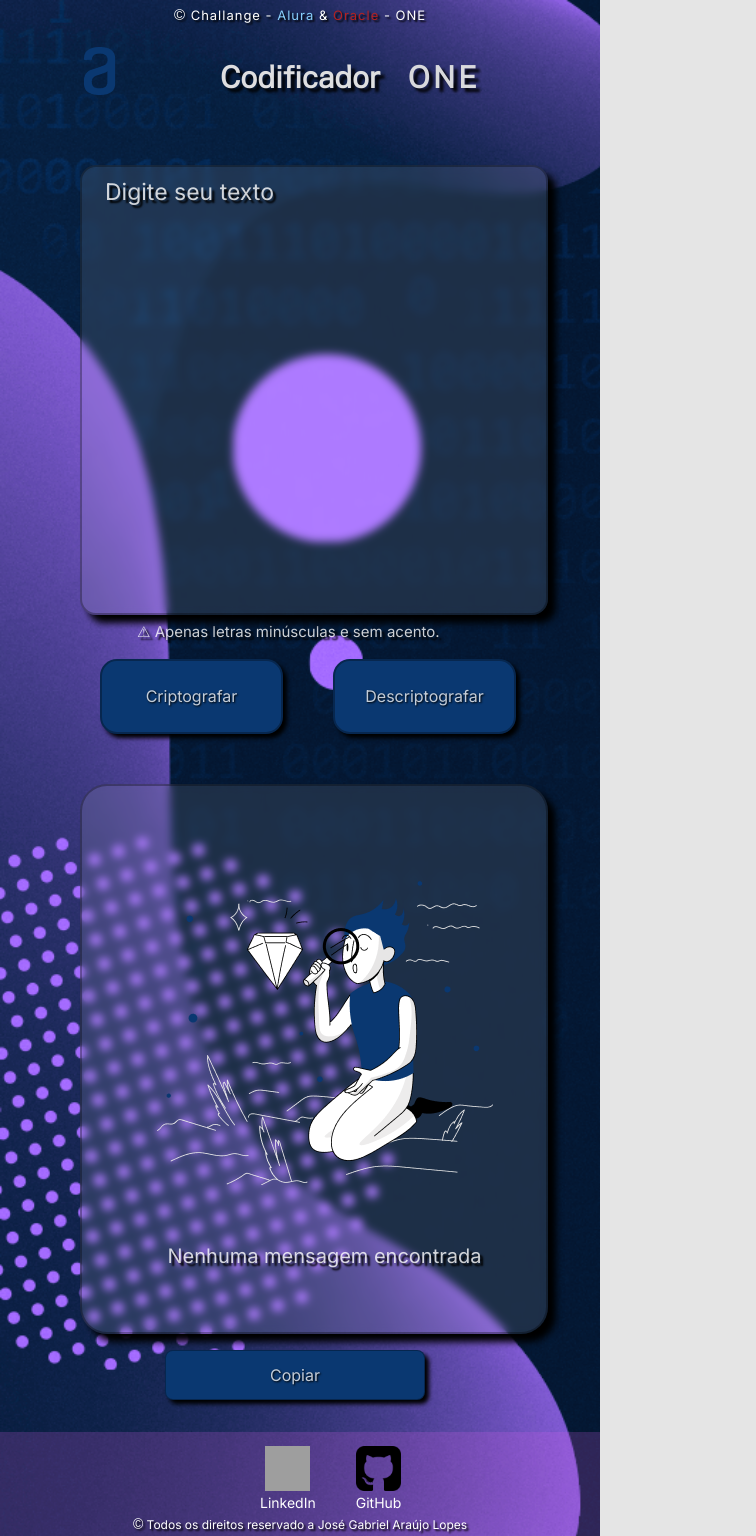
Repository: GabbrielLopes/Decodificador-ONE-Challange-Alura
Page: index.html
These files come from the project's save history. The page is drawn as it stood at one moment and after the next save; the edit follows.
The browser window is 600 px wide. The page is 600 px wide, then 756 px, so the pictures cover 756 px, including what lies to the right of the window. The pictures show the whole page.
Pictures or frames that could not be fetched are drawn as grey boxes.

Above is the page before, as saved 2022-05-11 22:42:08.

After the next save:
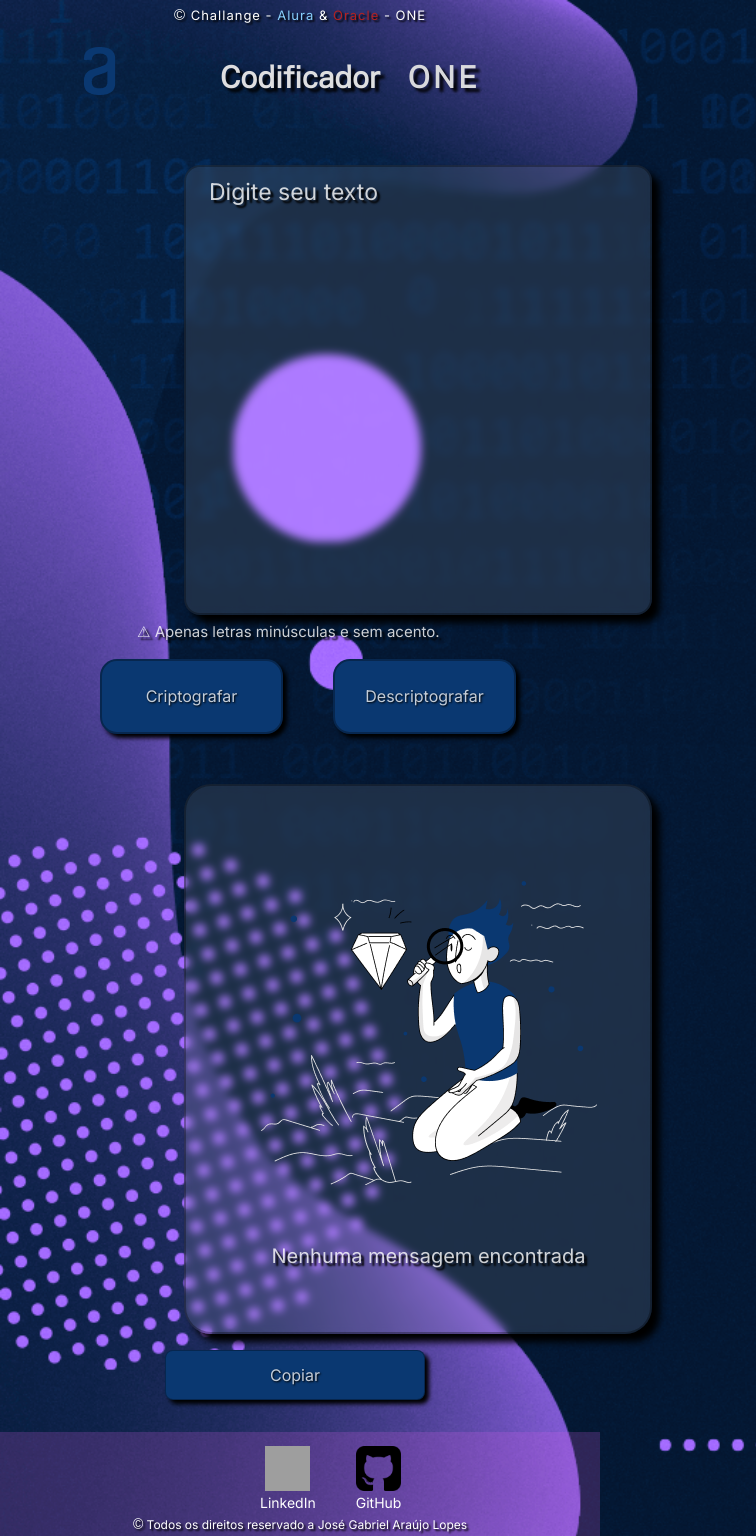
Saved 11 min 25 s later.
--- a/css/media.css
+++ b/css/media.css
@@ -11,7 +11,7 @@
     }
 
     .campo-texto, .mensagem textarea {
-        margin: 30px auto;
+        margin: 30px 20%;
         margin-bottom: 0px;
         width: 90%;
         height: 450px;
